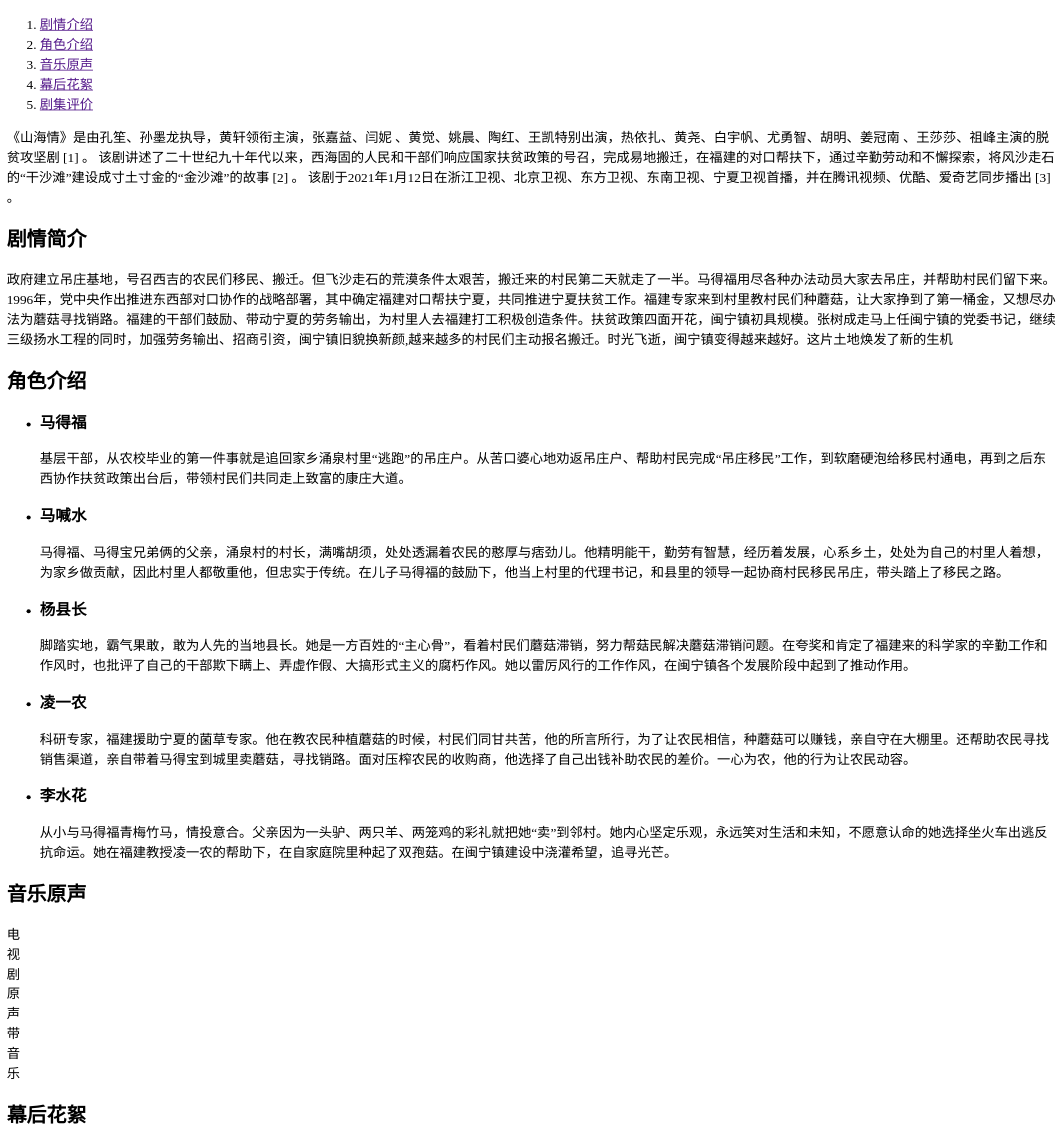
Repository: Lixianlai-2/static-website
Page: index.html
The author's editor kept a copy of each file at every save. The page is drawn from the files as they stood at one save, then again after the next save.
The browser window is 1280 px wide. The pictures show the whole page, at 83% of full size.

Above is the page before, as saved 2021-11-29 23:36:03.

### index.html
<!DOCTYPE html>
<html lang="zh-CN">
  <head>
    <meta charset="UTF-8" />
    <meta http-equiv="X-UA-Compatible" content="IE=edge" />
    <meta
      name="viewport"
      content="width=device-width, initial-scale=1.0"
      content="ie=edge"
    />
    <title>山海情</title>

    <style>
      img {
        max-width: 100%;
      }
    </style>
  </head>
  <body>
    <nav>
      <ol>
        <li><a href="">剧情介绍</a></li>
        <li><a href="">角色介绍</a></li>
        <li><a href="">音乐原声</a></li>
        <li><a href="">幕后花絮</a></li>
        <li><a href="">剧集评价</a></li>
      </ol>
    </nav>

    <p>
      《山海情》是由孔笙、孙墨龙执导，黄轩领衔主演，张嘉益、闫妮
      、黄觉、姚晨、陶红、王凯特别出演，热依扎、黄尧、白宇帆、尤勇智、胡明、姜冠南
      、王莎莎、祖峰主演的脱贫攻坚剧 [1] 。
      该剧讲述了二十世纪九十年代以来，西海固的人民和干部们响应国家扶贫政策的号召，完成易地搬迁，在福建的对口帮扶下，通过辛勤劳动和不懈探索，将风沙走石的“干沙滩”建设成寸土寸金的“金沙滩”的故事
      [2] 。
      该剧于2021年1月12日在浙江卫视、北京卫视、东方卫视、东南卫视、宁夏卫视首播，并在腾讯视频、优酷、爱奇艺同步播出
      [3] 。
    </p>

    <h2>剧情简介</h2>
    <p>
      政府建立吊庄基地，号召西吉的农民们移民、搬迁。但飞沙走石的荒漠条件太艰苦，搬迁来的村民第二天就走了一半。马得福用尽各种办法动员大家去吊庄，并帮助村民们留下来。1996年，党中央作出推进东西部对口协作的战略部署，其中确定福建对口帮扶宁夏，共同推进宁夏扶贫工作。福建专家来到村里教村民们种蘑菇，让大家挣到了第一桶金，又想尽办法为蘑菇寻找销路。福建的干部们鼓励、带动宁夏的劳务输出，为村里人去福建打工积极创造条件。扶贫政策四面开花，闽宁镇初具规模。张树成走马上任闽宁镇的党委书记，继续三级扬水工程的同时，加强劳务输出、招商引资，闽宁镇旧貌换新颜,越来越多的村民们主动报名搬迁。时光飞逝，闽宁镇变得越来越好。这片土地焕发了新的生机
    </p>

    <h2>角色介绍</h2>
    <ul>
      <li>
        <h3>马得福</h3>
        <p>
          基层干部，从农校毕业的第一件事就是追回家乡涌泉村里“逃跑”的吊庄户。从苦口婆心地劝返吊庄户、帮助村民完成“吊庄移民”工作，到软磨硬泡给移民村通电，再到之后东西协作扶贫政策出台后，带领村民们共同走上致富的康庄大道。
        </p>
      </li>
      <li>
        <h3>马喊水</h3>
        <p>
          马得福、马得宝兄弟俩的父亲，涌泉村的村长，满嘴胡须，处处透漏着农民的憨厚与痞劲儿。他精明能干，勤劳有智慧，经历着发展，心系乡土，处处为自己的村里人着想，为家乡做贡献，因此村里人都敬重他，但忠实于传统。在儿子马得福的鼓励下，他当上村里的代理书记，和县里的领导一起协商村民移民吊庄，带头踏上了移民之路。
        </p>
      </li>
      <li>
        <h3>杨县长</h3>
        <p>
          脚踏实地，霸气果敢，敢为人先的当地县长。她是一方百姓的“主心骨”，看着村民们蘑菇滞销，努力帮菇民解决蘑菇滞销问题。在夸奖和肯定了福建来的科学家的辛勤工作和作风时，也批评了自己的干部欺下瞒上、弄虚作假、大搞形式主义的腐朽作风。她以雷厉风行的工作作风，在闽宁镇各个发展阶段中起到了推动作用。
        </p>
      </li>
      <li>
        <h3>凌一农</h3>
        <p>
          科研专家，福建援助宁夏的菌草专家。他在教农民种植蘑菇的时候，村民们同甘共苦，他的所言所行，为了让农民相信，种蘑菇可以赚钱，亲自守在大棚里。还帮助农民寻找销售渠道，亲自带着马得宝到城里卖蘑菇，寻找销路。面对压榨农民的收购商，他选择了自己出钱补助农民的差价。一心为农，他的行为让农民动容。
        </p>
      </li>
      <li>
        <h3>李水花</h3>
        <p>
          从小与马得福青梅竹马，情投意合。父亲因为一头驴、两只羊、两笼鸡的彩礼就把她“卖”到邻村。她内心坚定乐观，永远笑对生活和未知，不愿意认命的她选择坐火车出逃反抗命运。她在福建教授凌一农的帮助下，在自家庭院里种起了双孢菇。在闽宁镇建设中浇灌希望，追寻光芒。
        </p>
      </li>
    </ul>

    <h2>音乐原声</h2>
    <table>
      <caption>
        电视剧原声带音乐
      </caption>
      <thead></thead>
      <tbody></tbody>
      <tfoot></tfoot>
    </table>

    <h2>幕后花絮</h2>
  </body>
</html>

After the next save:
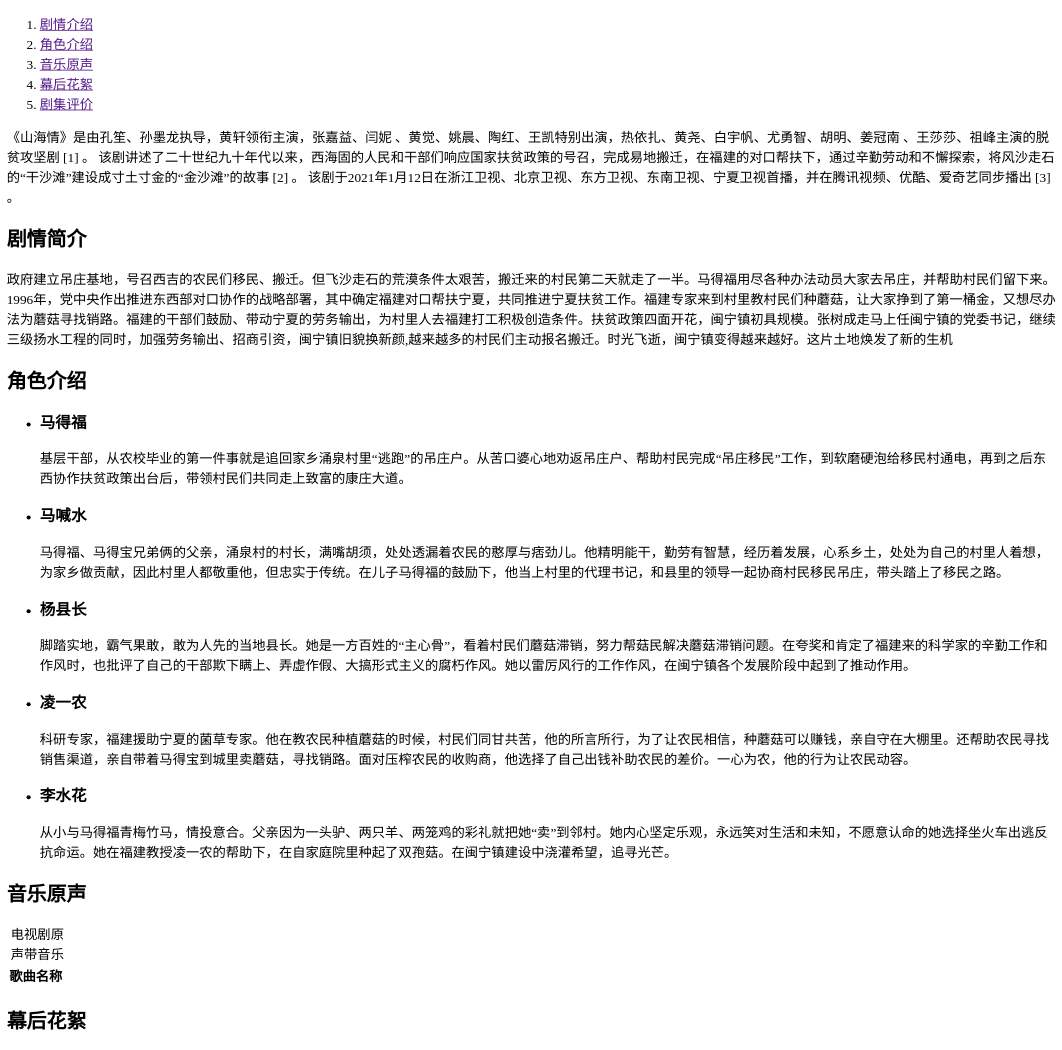
Saved 37 s later.
--- a/index.html
+++ b/index.html
@@ -81,7 +81,12 @@
       <caption>
         电视剧原声带音乐
       </caption>
-      <thead></thead>
+      <thead>
+        <tr>
+          <th>歌曲名称</th>
+          <td></td>
+        </tr>
+      </thead>
       <tbody></tbody>
       <tfoot></tfoot>
     </table>
